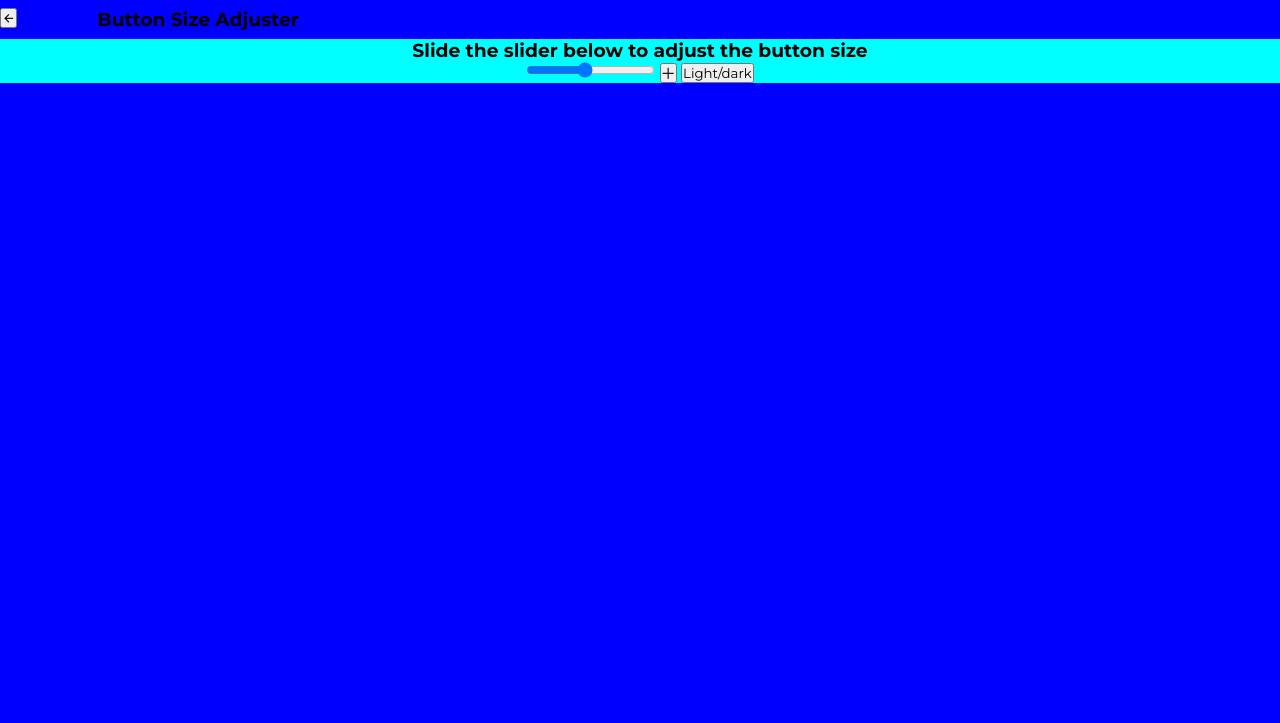
Repository: EguJaredoBoyd/Jared-Counter-App
Page: settings.html
An editor plug-in stored every save of this project. The page is shown before and after the next save, followed by the edit.
The browser window is 1280 px wide. The pictures show the whole page.

Above is the page before, as saved 2025-12-03 21:38:47.
Console error: TypeError: Cannot set properties of null (setting 'textContent')

After the next save:
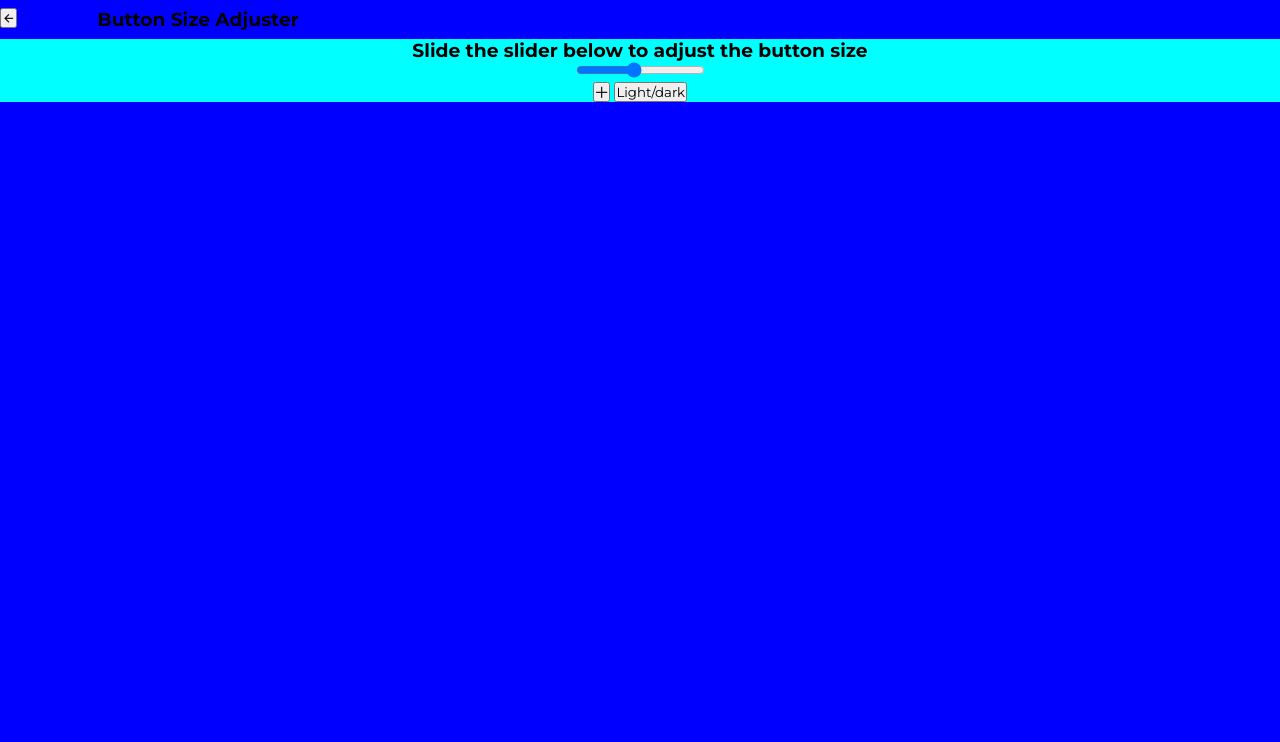
Saved 63 s later.
--- a/settings.html
+++ b/settings.html
@@ -27,7 +27,10 @@
     <main>
         <div class="main__div--slider">
             <h3>Slide the slider below to adjust the button size</h3>
-            <input type="range" min="10" max="100" value="50" id="font-size-slider">
+            <div>
+                <input type="range" min="10" max="100" value="50" id="font-size-slider">
+            </div>
+
             <button id="text-content">
                 <i class="ri-add-large-line"></i>
             </button>
